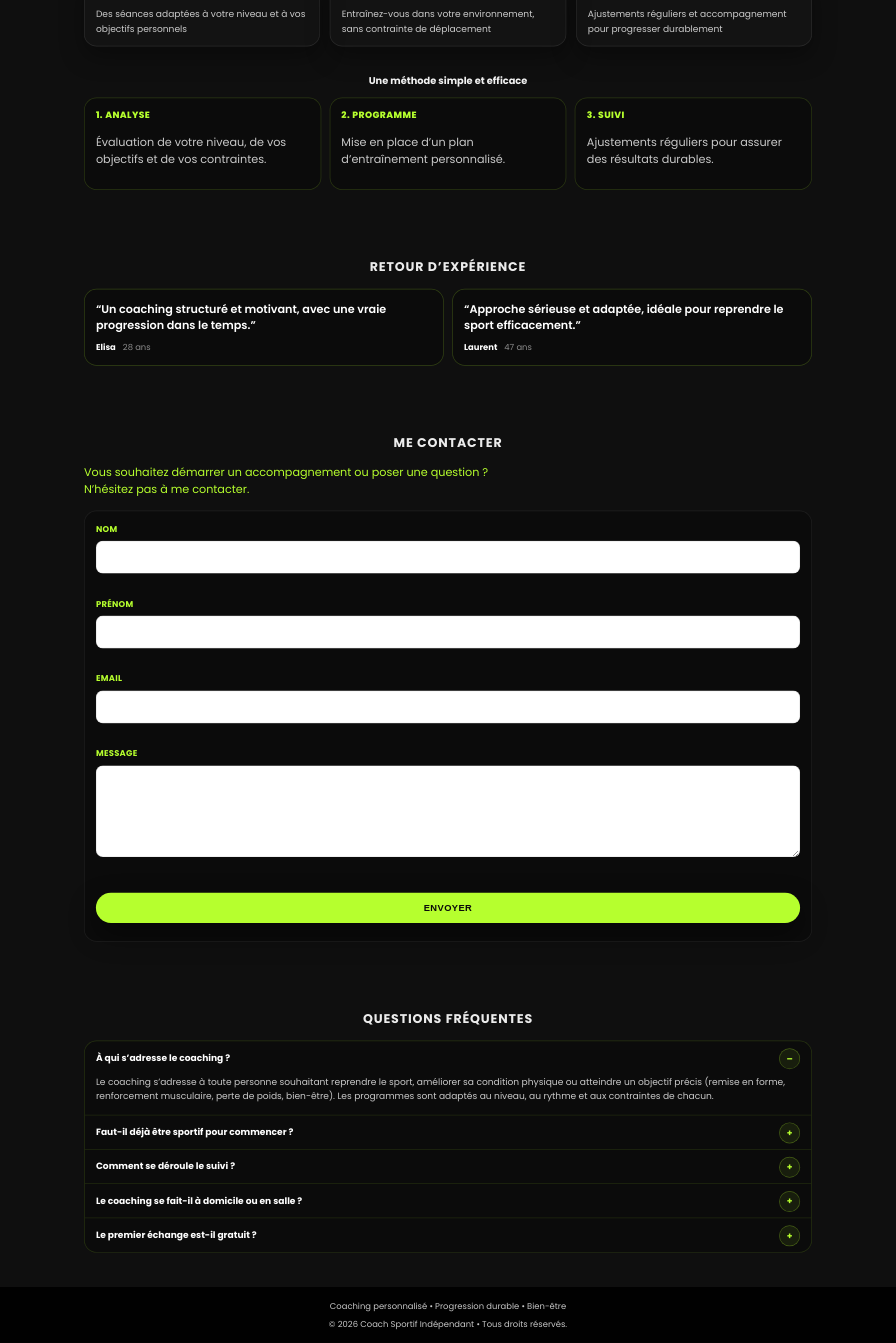
Repository: ThomasHdrd/CoachFitness
Page: index.html
The author's editor kept a copy of each file at every save. The page is drawn from the files as they stood at one save, then again after the next save.
The browser window is 1280 px wide. The pictures show the part of the page from y = 1069 to 2989 px (the page is 2987 px tall before and 2989 px after), at 70% of full size.
Empty fields were first filled with sample values (such as "Sample", 5 or name@example.com).
After loading, the first visible `#contactForm` was submitted once.

Above is the page before, as saved 2026-01-20 21:49:04.

After the next save:
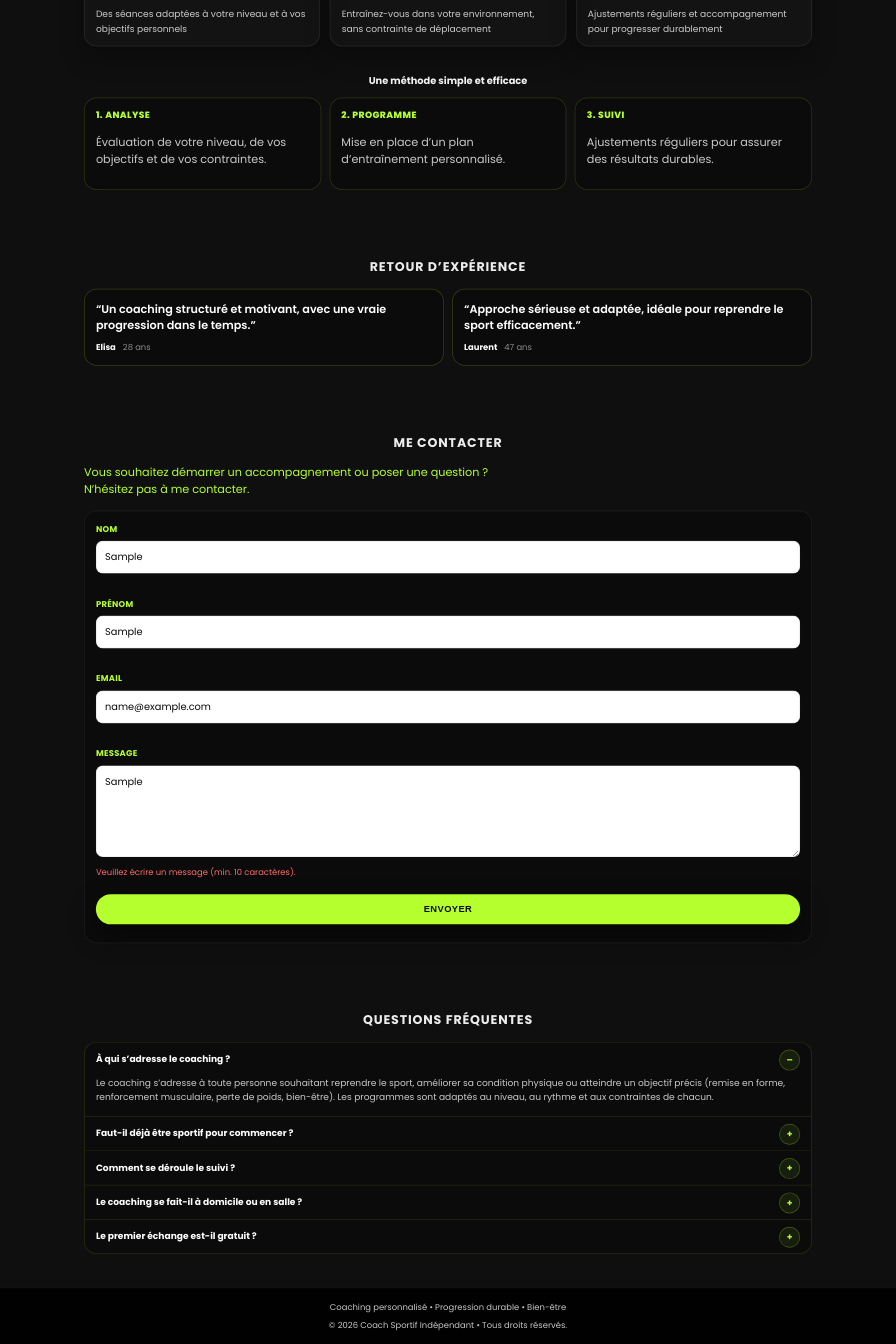
Saved 11 s later.
--- a/app.js
+++ b/app.js
@@ -1,50 +1,82 @@
-// Menu burger
-const burgerBtn = document.getElementById("burgerBtn");
-const nav = document.querySelector(".nav");
+// Mobile menu toggle
+const toggle = document.querySelector('.nav-toggle');
+const nav = document.querySelector('#site-nav');
 
-if (burgerBtn && nav) {
-  burgerBtn.addEventListener("click", () => {
-    nav.classList.toggle("open");
+if (toggle && nav) {
+  toggle.addEventListener('click', () => {
+    const isOpen = nav.classList.toggle('is-open');
+    toggle.setAttribute('aria-expanded', String(isOpen));
   });
-}
 
-// Formulaire de contact (simulation)
-const contactForm = document.getElementById("contactForm");
-const formSuccess = document.getElementById("formSuccess");
+  // Close menu on link click (mobile)
+  nav.querySelectorAll('a').forEach(a => {
+    a.addEventListener('click', () => {
+      nav.classList.remove('is-open');
+      toggle.setAttribute('aria-expanded', 'false');
+    });
+  });
 
-if (contactForm) {
-  contactForm.addEventListener("submit", (e) => {
-    e.preventDefault();
-    contactForm.reset();
-    if (formSuccess) {
-      formSuccess.textContent = "Merci pour votre message, vous serez recontacté rapidement.";
+  // Close on ESC
+  document.addEventListener('keydown', (e) => {
+    if (e.key === 'Escape') {
+      nav.classList.remove('is-open');
+      toggle.setAttribute('aria-expanded', 'false');
     }
   });
 }
 
-// FAQ accordéon
-const faqList = document.getElementById("faqList");
-
-if (faqList) {
-  faqList.addEventListener("click", (e) => {
-    const btn = e.target.closest(".faq-question");
-    if (!btn) return;
-
-    const item = btn.parentElement;
-    const isOpen = item.classList.contains("open");
-
-    // fermer tous
-    faqList.querySelectorAll(".faq-item").forEach((el) => {
-      el.classList.remove("open");
-      const toggle = el.querySelector(".faq-toggle");
-      if (toggle) toggle.textContent = "+";
-    });
-
-    // ouvrir celui cliqué si ce n'était pas déjà open
-    if (!isOpen) {
-      item.classList.add("open");
-      const toggle = item.querySelector(".faq-toggle");
-      if (toggle) toggle.textContent = "−";
+// FAQ: allow only one open at a time (optional premium behavior)
+const faqItems = document.querySelectorAll('.faq-item');
+faqItems.forEach((item) => {
+  item.addEventListener('toggle', () => {
+    if (item.open) {
+      faqItems.forEach((other) => {
+        if (other !== item) other.open = false;
+      });
     }
   });
+});
+
+// Contact form validation (front only, demo)
+const form = document.getElementById('contactForm');
+const statusEl = document.getElementById('formStatus');
+
+function setError(name, message) {
+  const el = document.querySelector(`[data-error-for="${name}"]`);
+  if (el) el.textContent = message || '';
 }
+
+function isEmail(v) {
+  return /^[^\s@]+@[^\s@]+\.[^\s@]+$/.test(v);
+}
+
+if (form) {
+  form.addEventListener('submit', (e) => {
+    e.preventDefault();
+
+    const data = new FormData(form);
+    const nom = String(data.get('nom') || '').trim();
+    const prenom = String(data.get('prenom') || '').trim();
+    const email = String(data.get('email') || '').trim();
+    const message = String(data.get('message') || '').trim();
+
+    let ok = true;
+
+    setError('nom', '');
+    setError('prenom', '');
+    setError('email', '');
+    setError('message', '');
+    if (statusEl) statusEl.textContent = '';
+
+    if (!nom) { setError('nom', 'Veuillez renseigner votre nom.'); ok = false; }
+    if (!prenom) { setError('prenom', 'Veuillez renseigner votre prénom.'); ok = false; }
+    if (!email || !isEmail(email)) { setError('email', 'Veuillez renseigner un email valide.'); ok = false; }
+    if (!message || message.length < 10) { setError('message', 'Veuillez écrire un message (min. 10 caractères).'); ok = false; }
+
+    if (!ok) return;
+
+    // Demo success
+    form.reset();
+    if (statusEl) statusEl.textContent = "Message envoyé (démo). Je reviens vers vous au plus vite.";
+  });
+}
